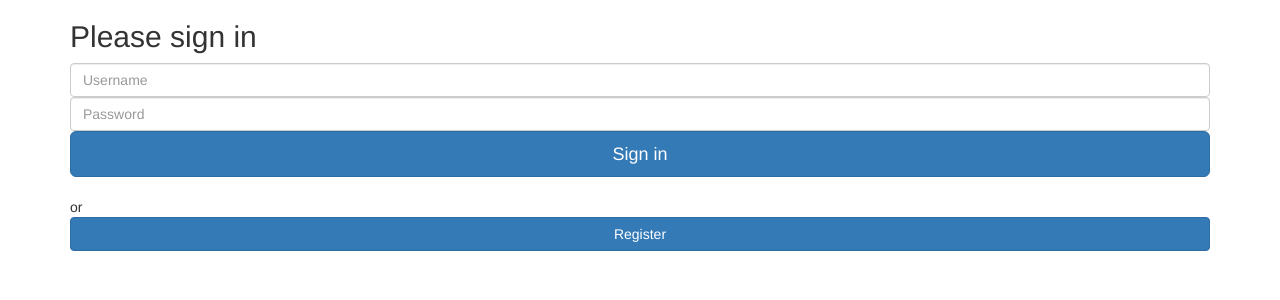
Repository: aaikinsm/FDM-Programs
Page: http://localhost/SoloProject/
These files come from the project's save history. The page is drawn as it stood at one moment and after the next save; the edit follows.
The browser window is 1280 px wide. The pictures show the whole page.
Some web libraries are served in a nearby version. The page is served by Tomcat 9. Other server files are loaded and not shown.

Above is the page before, as saved 2017-05-26 18:52:58.

### SoloProject/WebContent/index.jsp
<%@ page language="java" contentType="text/html; charset=ISO-8859-1"
    pageEncoding="ISO-8859-1"%>
<!DOCTYPE html PUBLIC "-//W3C//DTD HTML 4.01 Transitional//EN" "http://www.w3.org/TR/html4/loose.dtd">
<html>
<head>
<meta http-equiv="Content-Type" content="text/html; charset=ISO-8859-1">
<title>Online Exam</title>
</head>
<body>
	<a href="home">Go to home</a>
</body>
</html>

### SoloProject/WebContent/login.jsp
<%@ page language="java" contentType="text/html; charset=ISO-8859-1"
    pageEncoding="ISO-8859-1"%>
<!DOCTYPE html PUBLIC "-//W3C//DTD HTML 4.01 Transitional//EN" "http://www.w3.org/TR/html4/loose.dtd">
<html>
<head>
<meta http-equiv="Content-Type" content="text/html; charset=ISO-8859-1">
<title>Login</title>

<!-- Latest compiled and minified CSS -->
<link rel="stylesheet" href="https://maxcdn.bootstrapcdn.com/bootstrap/3.3.7/css/bootstrap.min.css" integrity="sha384-BVYiiSIFeK1dGmJRAkycuHAHRg32OmUcww7on3RYdg4Va+PmSTsz/K68vbdEjh4u" crossorigin="anonymous">
<script src="https://ajax.googleapis.com/ajax/libs/jquery/3.2.1/jquery.min.js"></script>
<script type="text/javascript">
	$(document).ready(function(){
		$("#registerContainer").hide()
		$("#b1").click(function(){
			$("#eMsg").text("")
			$("#loginContainer").fadeOut()
			$("#registerContainer").fadeIn()
		})
	})
</script>
</head>
<body>
	<!--<h1>Login</h1>
	<h2 class="error" style="color:red">${errorMsg} </h2>
	 <form action="login" method="post">
		username: <input type="text" name="username"><br/>
		password: <input type="password" name="password"><br/>
		<input type="submit" value="login">
	</form>
	<br/> -->

	<div class="container" id="loginContainer">

      <form class="form-signin" action="login" method="post">
        <h2 class="form-signin-heading">Please sign in</h2>
        <h4 class="error" style="color:red">${errorMsg} </h4>
        <label for="username" class="sr-only">Username</label>
        <input type="text" id="username" name="username" class="form-control" placeholder="Username" required>
        <label for="inputPassword" class="sr-only">Password</label>
        <input type="password" id="inputPassword" name="password" class="form-control" placeholder="Password" required>
        <button class="btn btn-lg btn-primary btn-block" type="submit">Sign in</button>
      </form>
      	<br/>
      	or
		<br/>
		<button id="b1" class="btn btn-primary btn-block">Register</button>

    </div>

    <div class="container" id="registerContainer">

      <form class="form-signin" action="register" method="post">
        <h2 class="form-signin-heading">Enter Your Information Below</h2>
        <h4 class="error" style="color:red" id="eMsg">${errorMsg} </h4>
        <label for="username" class="sr-only">Username</label>
        <input type="text" id="username" name="username" class="form-control" placeholder="Username" required>
        <label for="inputPassword" class="sr-only">Password</label>
        <input type="password" id="inputPassword" name="password" class="form-control" placeholder="Password" required>
        <button class="btn btn-lg btn-primary btn-block" type="submit">Register</button>
      </form>

    </div>
</body>
</html>

After the next save:
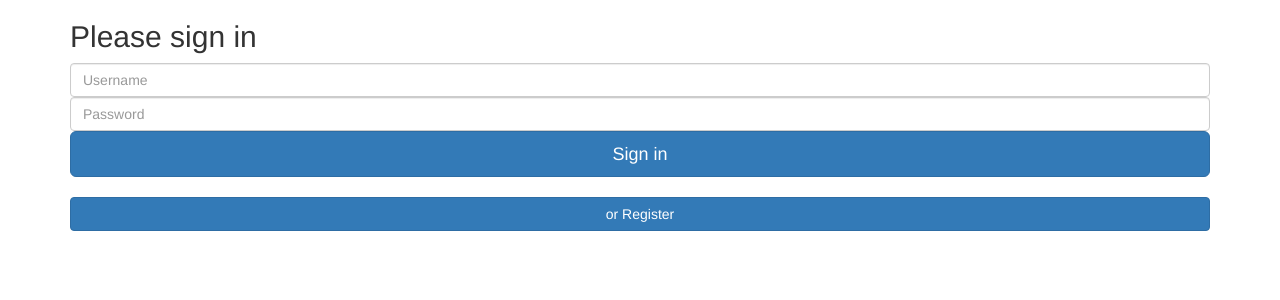
Saved 49 s later.
--- a/SoloProject/WebContent/login.jsp
+++ b/SoloProject/WebContent/login.jsp
@@ -42,9 +42,7 @@
         <button class="btn btn-lg btn-primary btn-block" type="submit">Sign in</button>
       </form>
       	<br/>
-      	or
-		<br/>
-		<button id="b1" class="btn btn-primary btn-block">Register</button>
+		<button id="b1" class="btn btn-primary btn-block">or Register</button>
 
     </div>
 
